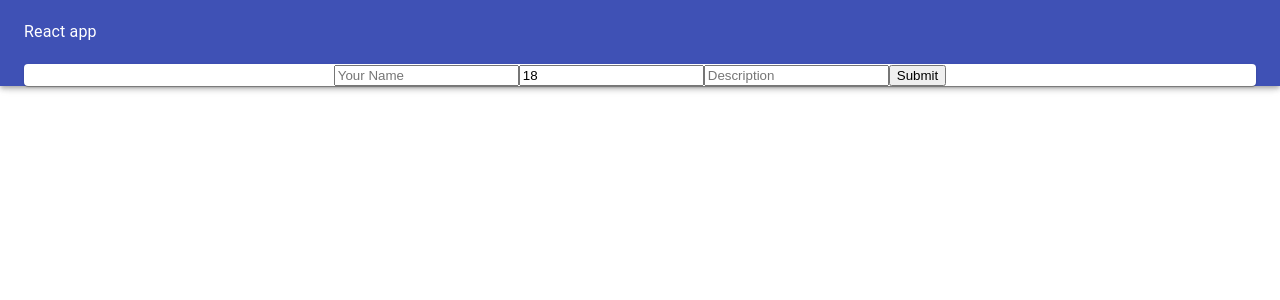
Repository: SD-Mdouka/project_step
Page: /
The author's editor kept a copy of each file at every save. The page is drawn from the files as they stood at one save, then again after the next save.
The browser window is 1280 px wide. The pictures show the whole page.
The project was rebuilt for these pictures with package versions that can differ from the ones it lists, and the page was loaded fresh each time.

Above is the page before, as saved 2022-08-31 16:42:46.

### src/index.js
import React from "react";
import ReactDOM from "react-dom/client";
import "./index.css";
import App from "./App";
import { AppBar, Box, Container, Toolbar, Typography } from "@material-ui/core";

const root = ReactDOM.createRoot(document.getElementById("root"));
root.render(
  <React.StrictMode>
    <AppBar>
      <Toolbar>
        <Typography varient="h6">React app</Typography>
      </Toolbar>
      <Container>
        <Box mt={10}>
          <App />
        </Box>
      </Container>
    </AppBar>
  </React.StrictMode>
);

### src/App.js
import { Button, Card, Container, TextField } from "@material-ui/core";
import { Field, Formik, Form } from "formik";
import * as Yup from "yup";
import "./App.css";

function App() {
  return (
    <div className="App">
      <Card>
        <Container>
          <Formik
            initialValues={{ name: "", age: 18, description: "" }}
            validationSchema={Yup.object().shape({
              name: Yup.string().required("Name is required"),
              age: Yup.number().required("Age is required").min(18, "only +18"),
              description: Yup.string().min(10),
            })}
            onSubmit={(values, { setSubmitting }) => {
              setTimeout(() => {
                alert(JSON.stringify(values, null, 2));
                setSubmitting(false);
              }, 400);
            }}
          >
            {({
              values,
              errors,
              touched,
              handleChange,
              handleBlur,
              handleSubmit,
              isSubmitting,
              /* and other goodies */
            }) => (
              <Form onSubmit={handleSubmit}>
                <input
                  type="text"
                  name="name"
                  id="name"
                  onChange={handleChange}
                  onBlur={handleBlur}
                  value={values.name}
                  placeholder="Your Name"
                  // component={TextField}
                  // error={errors.name ? true : false}
                  // helperText={errors.name && errors.name}
                />

                <input
                  type="number"
                  name="age"
                  id="age"
                  onChange={handleChange}
                  onBlur={handleBlur}
                  value={values.age}
                  placeholder="Your age"
                  // component={TextField}
                  // error={errors.age ? true : false}
                  // helperText={errors.age && errors.age}
                />
                <input
                  type="text"
                  name="description"
                  id="description"
                  onChange={handleChange}
                  onBlur={handleBlur}
                  value={values.description}
                  placeholder="Description"
                  // component={TextField}
                  // error={errors.description ? true : false}
                  // helperText={errors.description && errors.description}
                />

                <button type="submit" disabled={isSubmitting}>
                  Submit
                </button>
              </Form>
            )}
          </Formik>
        </Container>
      </Card>
    </div>
  );
}

export default App;

Loaded but not shown: public/index.html (common file); src/index.css (common file); src/App.css (common file)

After the next save:
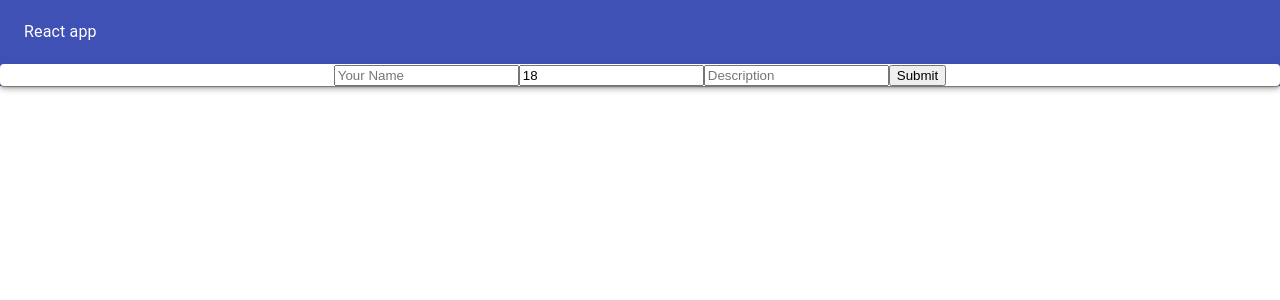
Saved 101 s later.
--- a/src/index.js
+++ b/src/index.js
@@ -11,11 +11,8 @@ root.render(
       <Toolbar>
         <Typography varient="h6">React app</Typography>
       </Toolbar>
-      <Container>
-        <Box mt={10}>
-          <App />
-        </Box>
-      </Container>
+      {/* <Container><Box mt={10}></Box></Container> */}
+      <App />
     </AppBar>
   </React.StrictMode>
 );
